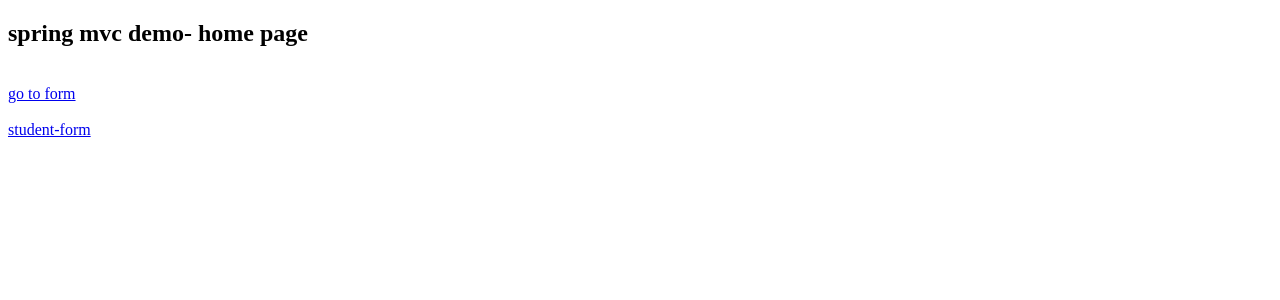
Repository: cs2252/spring-udemy
Page: http://localhost/spring-mvc-demo/
The author's editor kept a copy of each file at every save. The page is drawn from the files as they stood at one save, then again after the next save.
The browser window is 1280 px wide. The pictures show the whole page.
The page is served by Tomcat 9.

Above is the page before, as saved 2020-06-17 19:03:21.

After the next save:
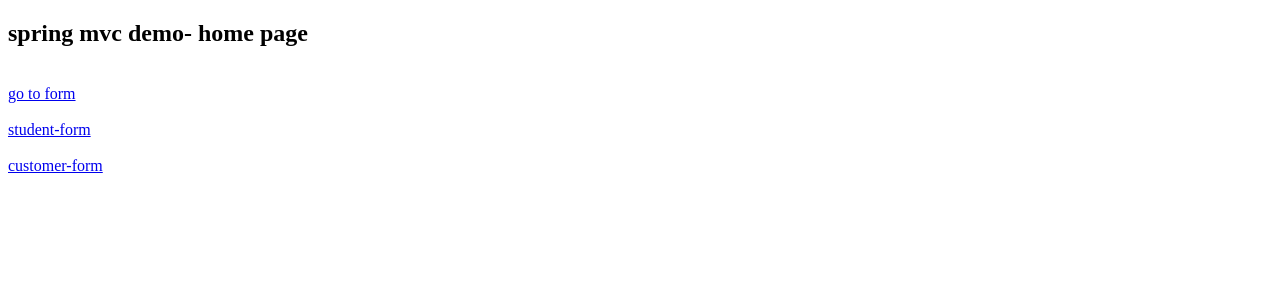
Saved 48 s later.
--- a/spring-mvc-demo/WebContent/WEB-INF/view/main-menu.jsp
+++ b/spring-mvc-demo/WebContent/WEB-INF/view/main-menu.jsp
@@ -7,5 +7,7 @@
 
  <br><br>
  <a href="student/showForm">student-form</a>
+ <br><br>
+ <a href="customer/showForm">customer-form</a>
 </body>
 </html>
